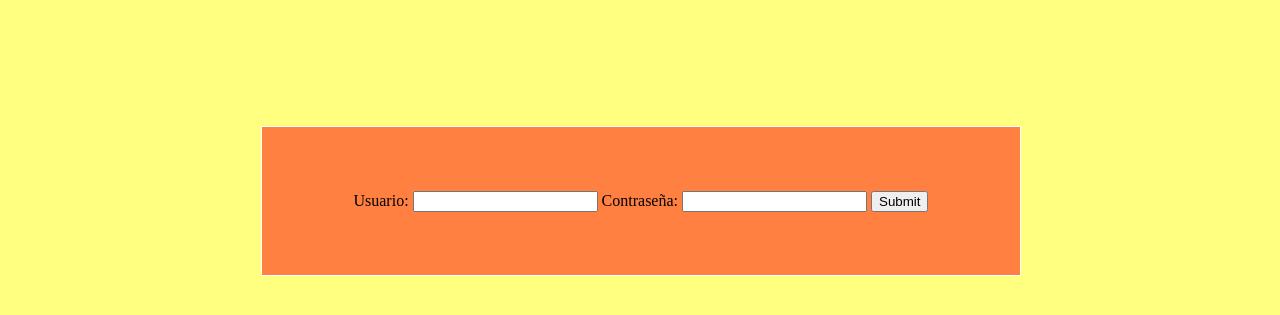
Repository: salvadorsobrino/Ejercicio5ServletJSP
Page: http://localhost/Ejercicio5/
The author's editor kept a copy of each file at every save. The page is drawn from the files as they stood at one save, then again after the next save.
The browser window is 1280 px wide. The pictures show the whole page.
The page is served by Tomcat 9. Other server files are loaded and not shown.

Above is the page before, as saved 2022-03-11 09:43:05.

### Ejercicio5/src/main/webapp/index.html
<!DOCTYPE html>
<html>
<head>
<meta charset="UTF-8">
<link rel='stylesheet' type='text/css' media='screen' href='index.css'>
<title>Ejercicio5</title>
<link rel="icon" href="icono.png">
</head>
<body>
	<form id="formulario" action="Servlet" method="post">
	Usuario:
	<input type="text" name="usuario">
	Contraseña:
	<input type="password" name="contrasena">
	<input type="submit">

	</form>
</body>
</html>

### Ejercicio5/src/main/webapp/index.css
/* Hoja de estilo index */
h1{
	 color: orange;
}
body{
	background-color: rgb(255, 255, 128);
    background-size: cover;
}
#formulario{
	background-color: rgb(255, 128, 64);
	border-style: solid;
	border-width: thin;
	border-color: white;
	width: 50%;
	height: auto;
	margin-top: 10%;
	margin-left: 20%;
	text-align:center;
	padding: 5%;

}

After the next save:
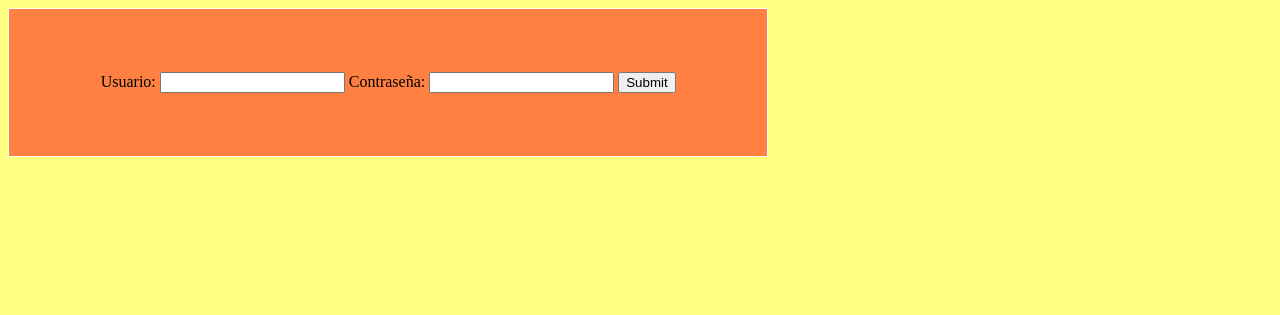
Saved 56 s later.
--- a/Ejercicio5/src/main/webapp/index.css
+++ b/Ejercicio5/src/main/webapp/index.css
@@ -13,8 +13,7 @@
 	border-color: white;
 	width: 50%;
 	height: auto;
-	margin-top: 10%;
-	margin-left: 20%;
+	margin-top: auto;
 	text-align:center;
 	padding: 5%;
 

After the save that followed:
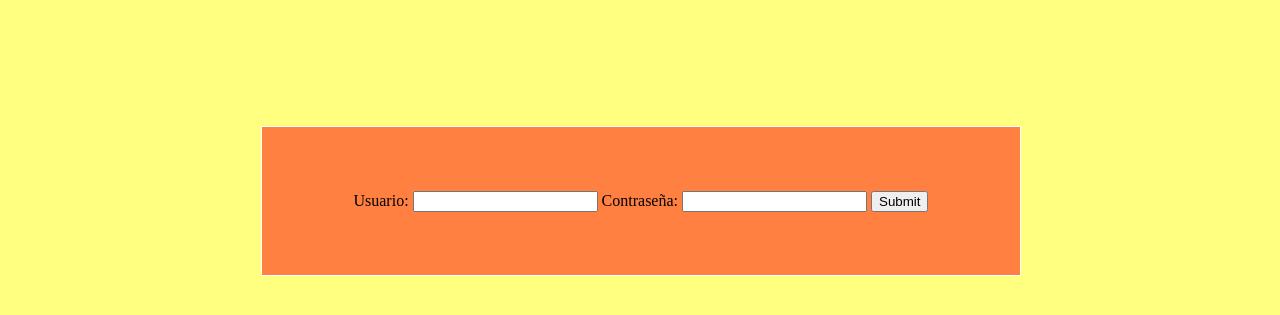
Saved 15 s later.
--- a/Ejercicio5/src/main/webapp/index.css
+++ b/Ejercicio5/src/main/webapp/index.css
@@ -13,7 +13,8 @@
 	border-color: white;
 	width: 50%;
 	height: auto;
-	margin-top: auto;
+	margin-top: 10%;
+	margin-left: 20%;
 	text-align:center;
 	padding: 5%;
 
